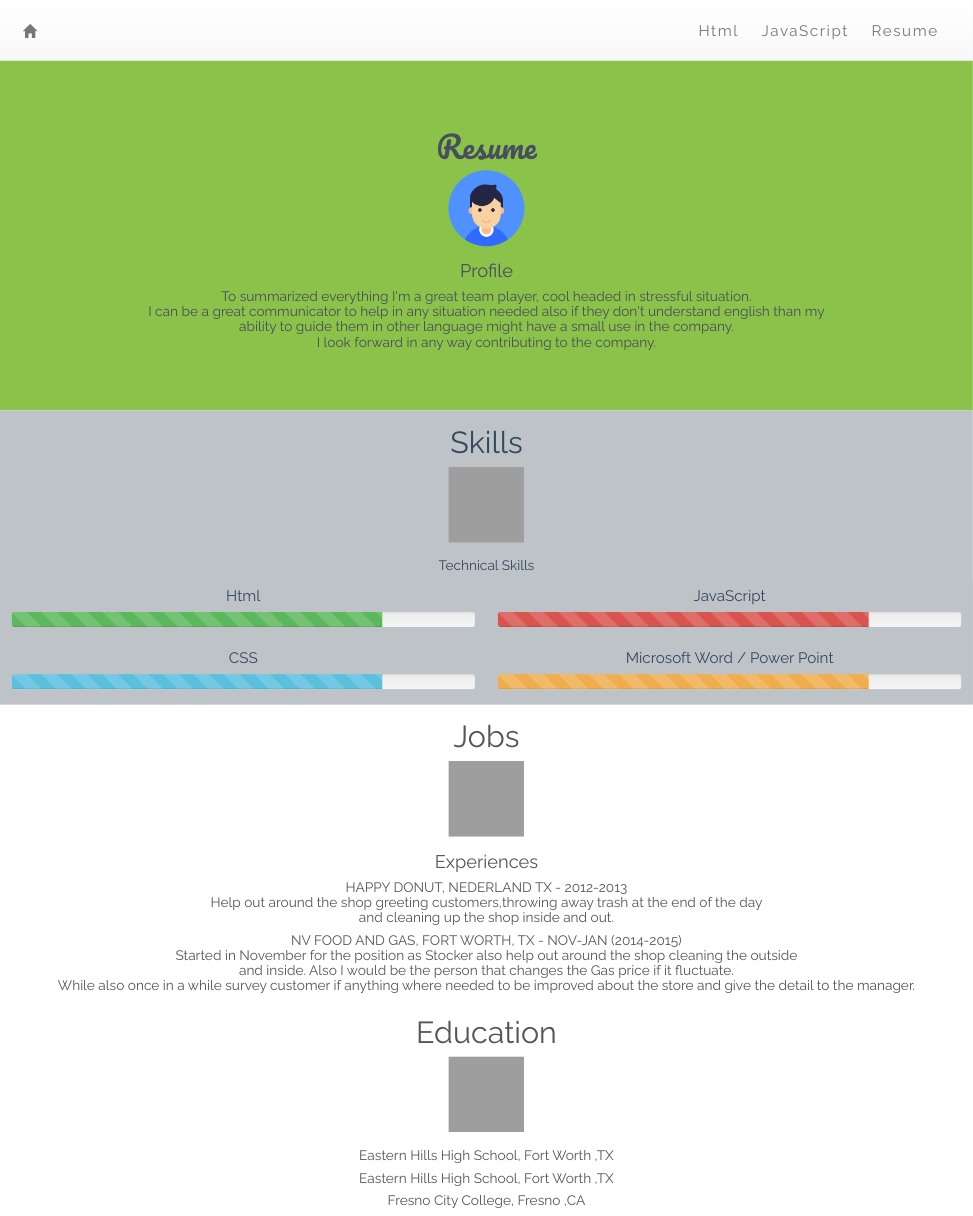
Repository: Milineam6162/workspace
Page: Resume/resume.html
The author's editor kept a record of every edit. The page is drawn from the files as they stood at one moment, then again after the next edit.
The browser window is 1280 px wide. The pictures show the whole page, at 76% of full size.
Pictures or frames that could not be fetched are drawn as grey boxes. Some web libraries are served in a nearby version.

Above is the page before.

### Resume/resume.html
<!DOCTYPE html>
<html>
    <head>
        <title>Home</title>
        <script src="https://ajax.googleapis.com/ajax/libs/jquery/2.1.4/jquery.min.js"></script>
        <link rel="stylesheet" href="resume.css" type="text/css" />
        <link rel="stylesheet" href="https://maxcdn.bootstrapcdn.com/bootstrap/3.3.6/css/bootstrap.min.css" integrity="sha384-1q8mTJOASx8j1Au+a5WDVnPi2lkFfwwEAa8hDDdjZlpLegxhjVME1fgjWPGmkzs7" crossorigin="anonymous">
        <link rel="stylesheet" href="http://maxcdn.bootstrapcdn.com/bootstrap/3.3.5/css/bootstrap.min.css">
        <link rel="stylesheet" href="https://maxcdn.bootstrapcdn.com/bootstrap/3.3.6/css/bootstrap-theme.min.css" integrity="sha384-fLW2N01lMqjakBkx3l/M9EahuwpSfeNvV63J5ezn3uZzapT0u7EYsXMjQV+0En5r" crossorigin="anonymous">
       <link href='https://fonts.googleapis.com/css?family=Raleway' rel='stylesheet' type='text/css'>
        <link href='https://fonts.googleapis.com/css?family=Pacifico' rel='stylesheet' type='text/css'>
        <link href="http://fonts.googleapis.com/css?family=Montserrat" rel="stylesheet">
        <script src="https://maxcdn.bootstrapcdn.com/bootstrap/3.3.6/js/bootstrap.min.js" integrity="sha384-0mSbJDEHialfmuBBQP6A4Qrprq5OVfW37PRR3j5ELqxss1yVqOtnepnHVP9aJ7xS" crossorigin="anonymous"></script>
        <meta name="viewport" content="width=device-width, initial-scale=1">
    </head>
    <body>
        <nav class="nav navbar-default" >
            <div class="container-fluid">
                <div class="navbar-header">
                    <button type="button" class="navbar-toggle" data-toggle="collapse" data-target="#myNavbar">
                        <span class="icon-bar"></span>
                        <span class="icon-bar"></span>
                        <span class="icon-bar"></span>
                    </button>
                    <a class="navbar-brand glyphicon glyphicon-home" href="#"></a>
                </div>
                <div class="collapse navbar-collapse navbar-right" id="myNavbar">
                        <ul class="nav navbar-nav">
                            <li><a href="../Htm/Htm.html">Html</a></li>
                            <li><a href="../Java/java.html">JavaScript</a></li>
                            <li><a href="../Resume/resume.html">Resume</a></li>
                        </ul>
                    </div>
            </div>
        </nav>
<!-- Body Text Content -->
        <div class="container-fluid bg-1 text-center">
          <h2 class="Title">Resume</h2>
          <img class="icons" src="../Img/Icons/person.png" class="img-responsive img-circle " style="display:inline" alt="person" width="100" height="100">
          <h3>Profile</h3>
          <h4 class="">To summarized everything I'm a great team player, cool headed in stressful situation.<br />
          I can be a great communicator to help in any situation needed also if they don't understand english than my <br />
          ability to guide them in other language might have a small use in the company. <br />
          I look forward in any way contributing to the company.
        </div>
        <div class="container-fluid bg-2 text-center">
          <h2 class="title2">Skills</h2>
          <img class="icons" src="https://cdn1.iconfinder.com/data/icons/finance-items/512/idea_lightbulb_light_bulb_creative_concept_solution_creativity_flat_design_icon-512.png" class="img-responsive img-circle " style="display:inline" alt="person" width="100" height="100">
          <h3></h3>
          <h4 class="">Technical Skills</h4>

         <div class="row">
          <div class="col-md-6">
              <h4 class="bartext"> Html </h4>
          <div class="progress">
              <div class="progress-bar progress-bar-success progress-bar-striped" role="progressbar" aria-valuenow="40" aria-valuemin="0" aria-valuemax="100" style="width: 80%">
                <span class="sr-only">80% Complete (success)</span>
              </div>
            </div>
            </div>
             <div class="col-md-6">
              <h4 class="bartext"> JavaScript </h4>
          <div class="progress">
              <div class="progress-bar progress-bar-danger progress-bar-striped" role="progressbar" aria-valuenow="40" aria-valuemin="0" aria-valuemax="100" style="width: 80%">
                <span class="sr-only">80% Complete (success)</span>
              </div>
            </div>
            </div>
        </div>
        <div class="row">
          <div class="col-md-6">
              <h4 class="bartext"> CSS </h4>
          <div class="progress">
              <div class="progress-bar progress-bar-info progress-bar-striped" role="progressbar" aria-valuenow="40" aria-valuemin="0" aria-valuemax="100" style="width: 80%">
                <span class="sr-only">80% Complete (success)</span>
              </div>
            </div>
            </div>
            <div class="col-md-6">
              <h4 class="bartext"> Microsoft Word / Power Point </h4>
          <div class="progress">
              <div class="progress-bar progress-bar-warning progress-bar-striped" role="progressbar" aria-valuenow="40" aria-valuemin="0" aria-valuemax="100" style="width: 80%">
                <span class="sr-only">80% Complete (success)</span>
              </div>
            </div>
            </div>
        </div>
          </div>
        <div class="container-fluid bg-3 text-center">
          <h2 class="title2">Jobs</h2>
          <img class="icons" src="https://cdn4.iconfinder.com/data/icons/marketing-and-business-flat-icons/512/briefcase_work_documents_marketing_business_flat_icon_symbol-512.png" class="img-responsive img-circle " style="display:inline" alt="person" width="100" height="100">
          <h3>Experiences</h3>
          <h4 class="">HAPPY DONUT, NEDERLAND TX - 2012-2013 <br />
                       Help out around the shop greeting customers,throwing away trash at the end of the day <br />
                       and cleaning up the shop inside and out.
          </h4>
          <h4>
              NV FOOD AND GAS, FORT WORTH, TX - NOV-JAN (2014-2015) <br />
              Started in November for the position as Stocker also help out around the shop cleaning the outside <br />
              and inside. Also I would be the person that changes the Gas price if it fluctuate. <br />While also once in a while survey customer if anything where needed to be improved about the store and give the detail to the manager.
          </h4>
        </div>
                <div class="container-fluid bg-3 text-center">
          <h2 class="title2">Education</h2>
          <img class="icons" src="http://www.ernestogbustamante.com/wp-content/uploads/2015/05/Case-Study1.png" class="img-responsive img-circle " style="display:inline" alt="person" width="100" height="100">
          <h3></h3>
          <h4 class="">Eastern Hills High School, Fort Worth ,TX</h4>
          <h4 class="">Eastern Hills High School, Fort Worth ,TX</h4>
          <h4 class="">Fresno City College, Fresno ,CA</h4>
        </div>
    </body>
</html>

### Resume/resume.css
.navbar-default {
    padding-top: 15px;
    padding-bottom: 15px;
    border: 0;
    border-radius: 0;
    margin-bottom: 0;
    font-size: 20px;
    letter-spacing: 2px;
    color: #1abc9c;
    font-family:'Raleway', 'helvetica';
  }
.navbar-nav  li a:hover {
      color: #1abc9c !important;
  }
body {
      font-family:'Raleway', 'helvetica';
      font-size:20px;
      line-height: 1.8;
      color: #f5f6f7;
}
.icons{
        transition-duration: 0.8s;
    transition-property: transform;
    overflow:hidden;
}
.bg-1 {
      background-color: #8BC34A; /* Green */
      color: #474e5d;
       padding-top: 70px;
      padding-bottom: 70px;
      font-family:'Raleway', 'helvetica';
}
.bg-2 {
      background-color: #bdc3c7; /* Dark Blue */
      color: #34495e;
      font-family:'Raleway', 'helvetica';

}
.col-md-6 {
      background-color: #bdc3c7; /* Dark Blue */
      color: #34495e;
      font-family:'Raleway', 'helvetica';

}
.bg-3 {
      background-color: #ffffff; /* White */
      color: #555555;
      font-family:'Raleway', 'helvetica';
 }
 .bg-4 {
      background-color: #4CAF50; /* White */
      color: #555555;
      font-family:'Raleway', 'helvetica';
 }
.Title {
    font-family:'Pacifico','helvetica' ;
    font-size:40px;
}
.gif{
    border-radius:10%;
    width:400px;
}
.title2 {
    font-family:'Raleway','helvetica' ;
    font-size:40px;
}
.bartext {
    font-family:'Raleway','helvetica' ;
    font-size:20px;
}

After the next edit:
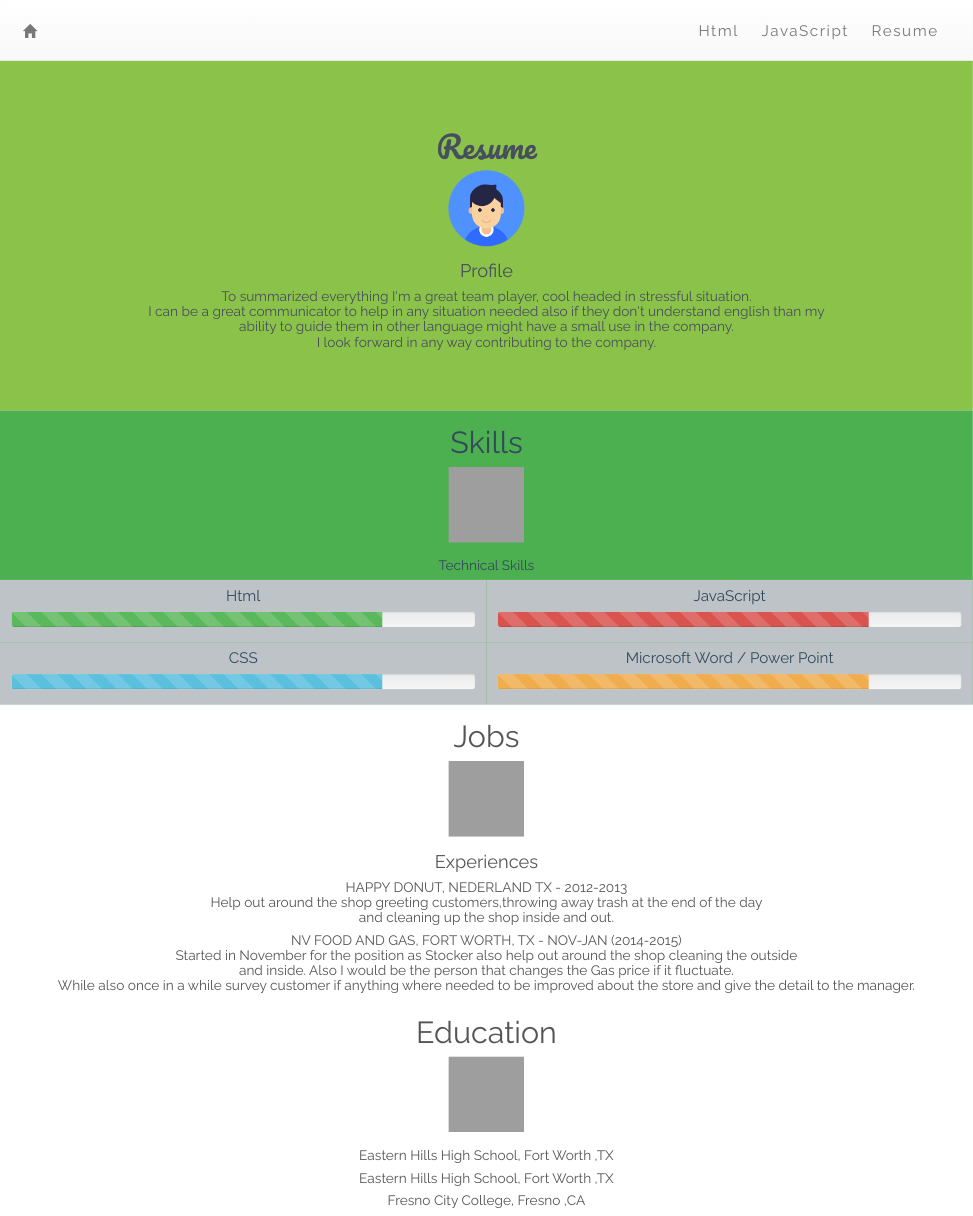
The edit:
--- a/Resume/resume.css
+++ b/Resume/resume.css
@@ -31,7 +31,7 @@
       font-family:'Raleway', 'helvetica';
 }
 .bg-2 {
-      background-color: #bdc3c7; /* Dark Blue */
+      background-color: #4CAF50; /* Dark Blue */
       color: #34495e;
       font-family:'Raleway', 'helvetica';
 
